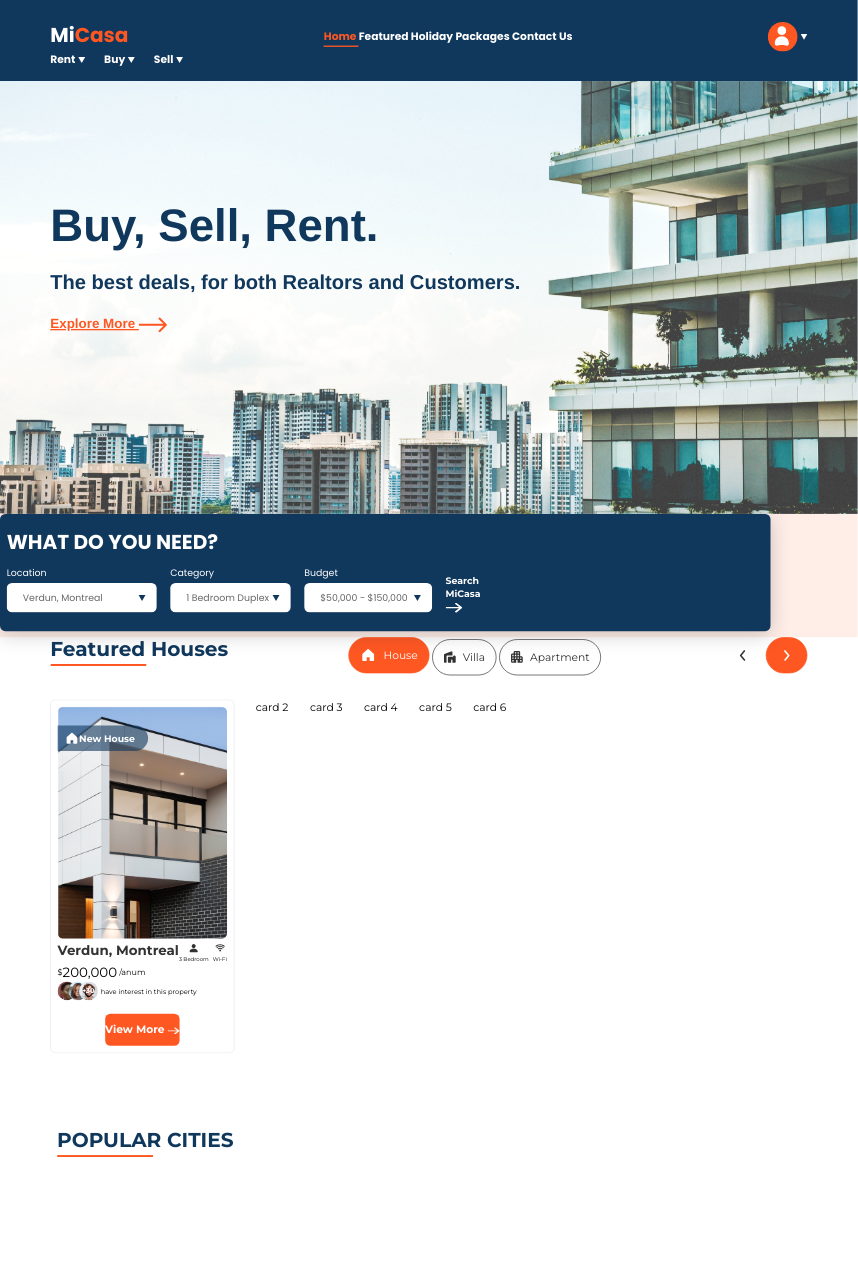
Repository: BenUnyolo/micasa-frontend
Page: index.html
An editor plug-in stored every save of this project. The page is shown before and after the next save, followed by the edit.
The browser window is 1280 px wide. The pictures show the whole page, at 67% of full size.

Above is the page before, as saved 2021-10-17 18:04:38.

After the next save:
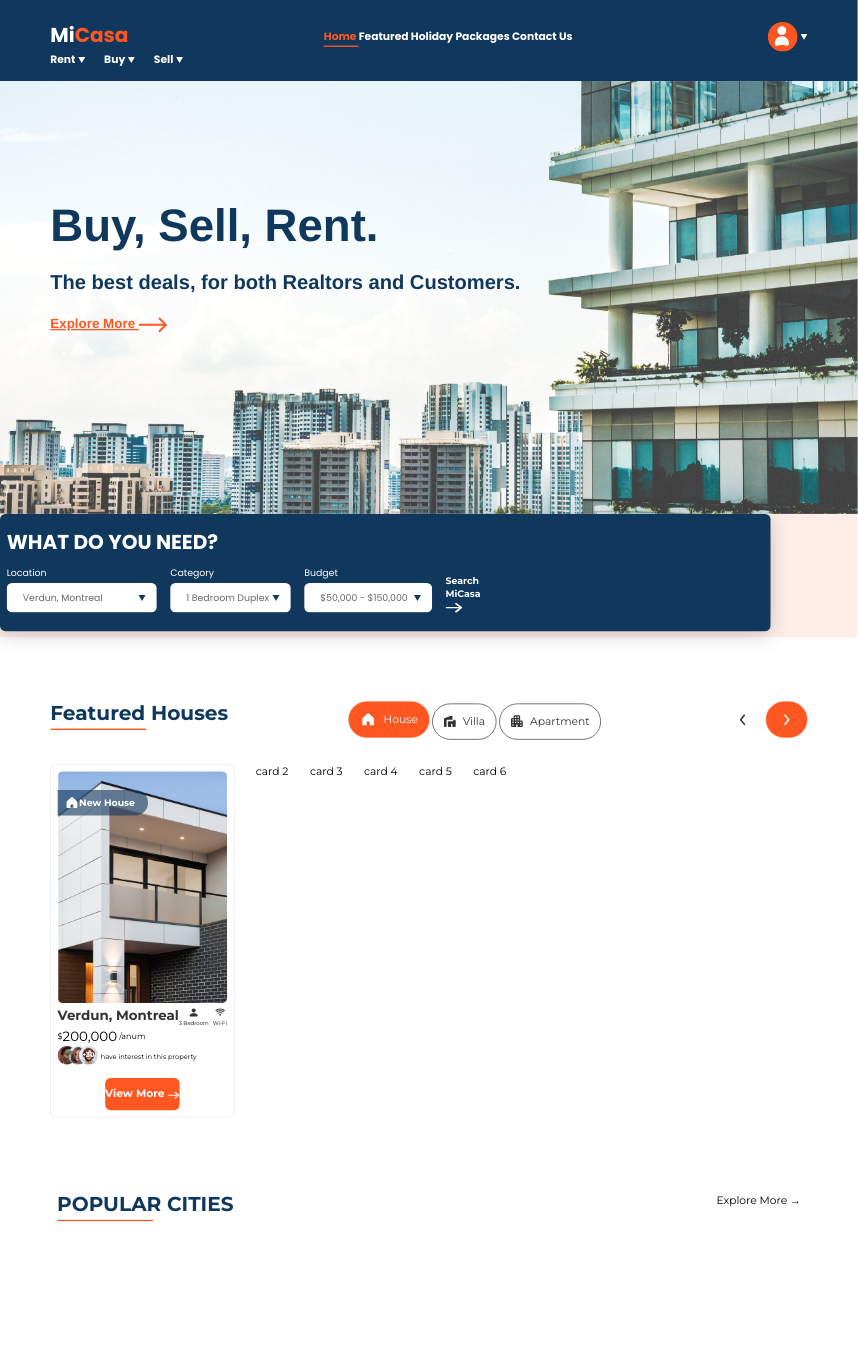
Saved 98 s later.
--- a/index.html
+++ b/index.html
@@ -248,7 +248,7 @@
     </div>
 
     <!-- FEATURED HOUSES -->
-    <div class="pt-24 inner-container">
+    <div class="mt-24 inner-container">
       <!-- title row -->
       <div class="flex flex-row justify-between">
         <!-- title -->
@@ -486,7 +486,13 @@
 
       <!-- POPULAR CITIES -->
       <div class="inner-container mt-28">
-        <h3 class="inline-block uppercase orange-underline">Popular Cities</h3>
+        <!-- title row -->
+        <div class="flex flex-row justify-between">
+          <h3 class="inline-block uppercase orange-underline">
+            Popular Cities
+          </h3>
+          <div><a href="#">Explore More →</a></div>
+        </div>
       </div>
       <br />
       <br />
